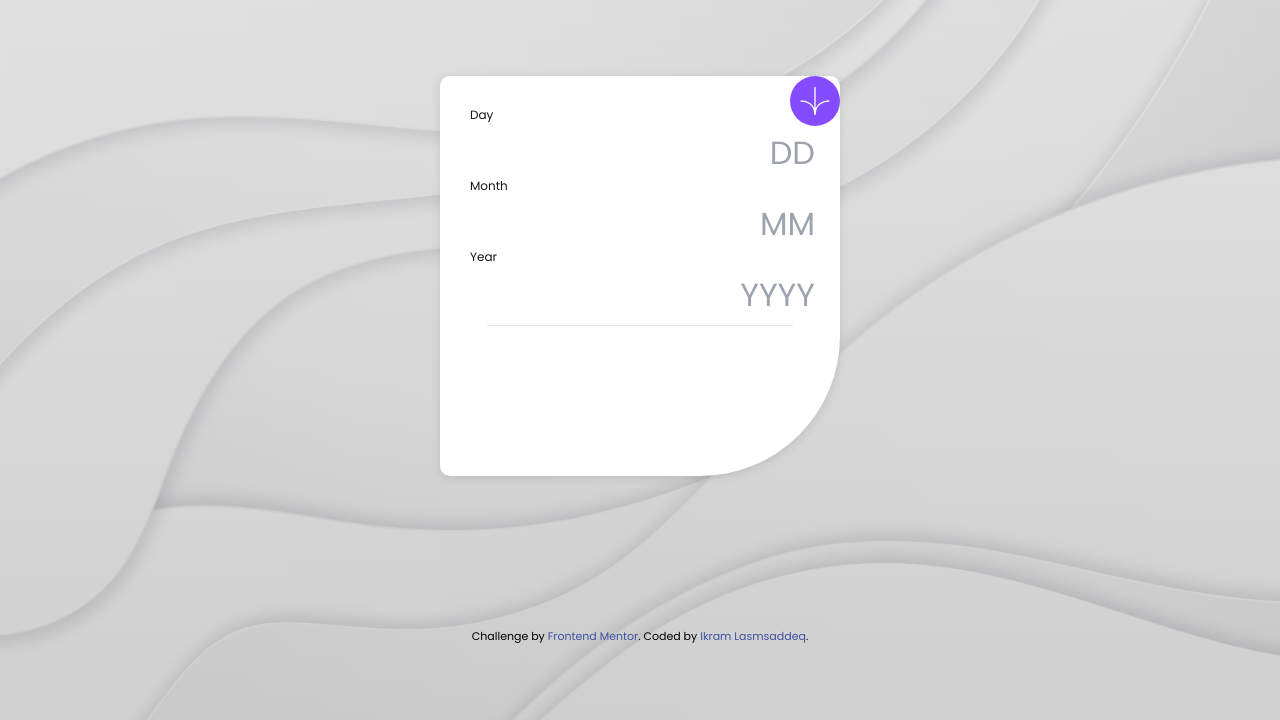
Repository: ikram-lisa/age-display
Page: /
These files come from the project's save history. The page is drawn as it stood at one moment and after the next save; the edit follows.
The browser window is 1280 px wide. The pictures show the whole page.
Some web libraries are served in a nearby version. The project was rebuilt for these pictures with package versions that can differ from the ones it lists, and the page was loaded fresh each time.

Above is the page before, as saved 2024-04-30 23:36:40.

After the next save:
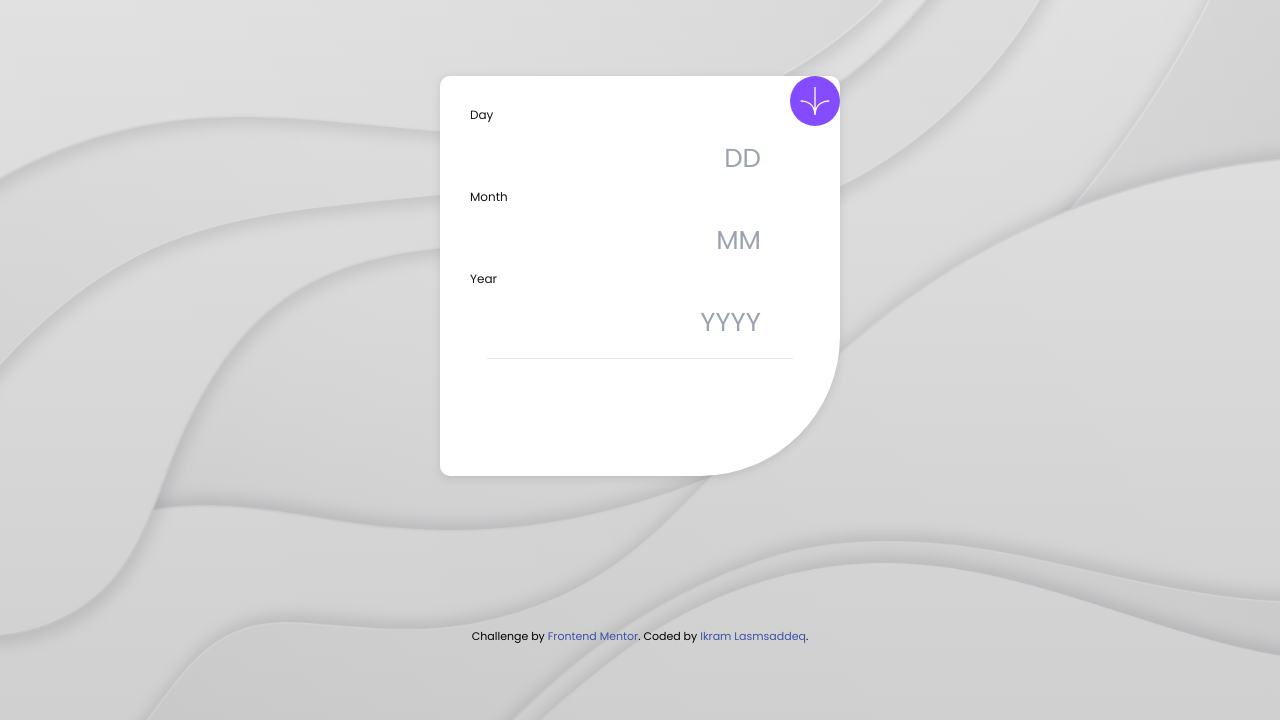
Saved 16 s later.
--- a/css/style.scss
+++ b/css/style.scss
@@ -53,6 +53,9 @@ body {
       input[type="text"] {
         text-align: right;
         border: 1 solid $lightGrey;
+        border-radius: 5px;
+        padding: 10px;
+        font-size: 26px;
       }
     }
   }
